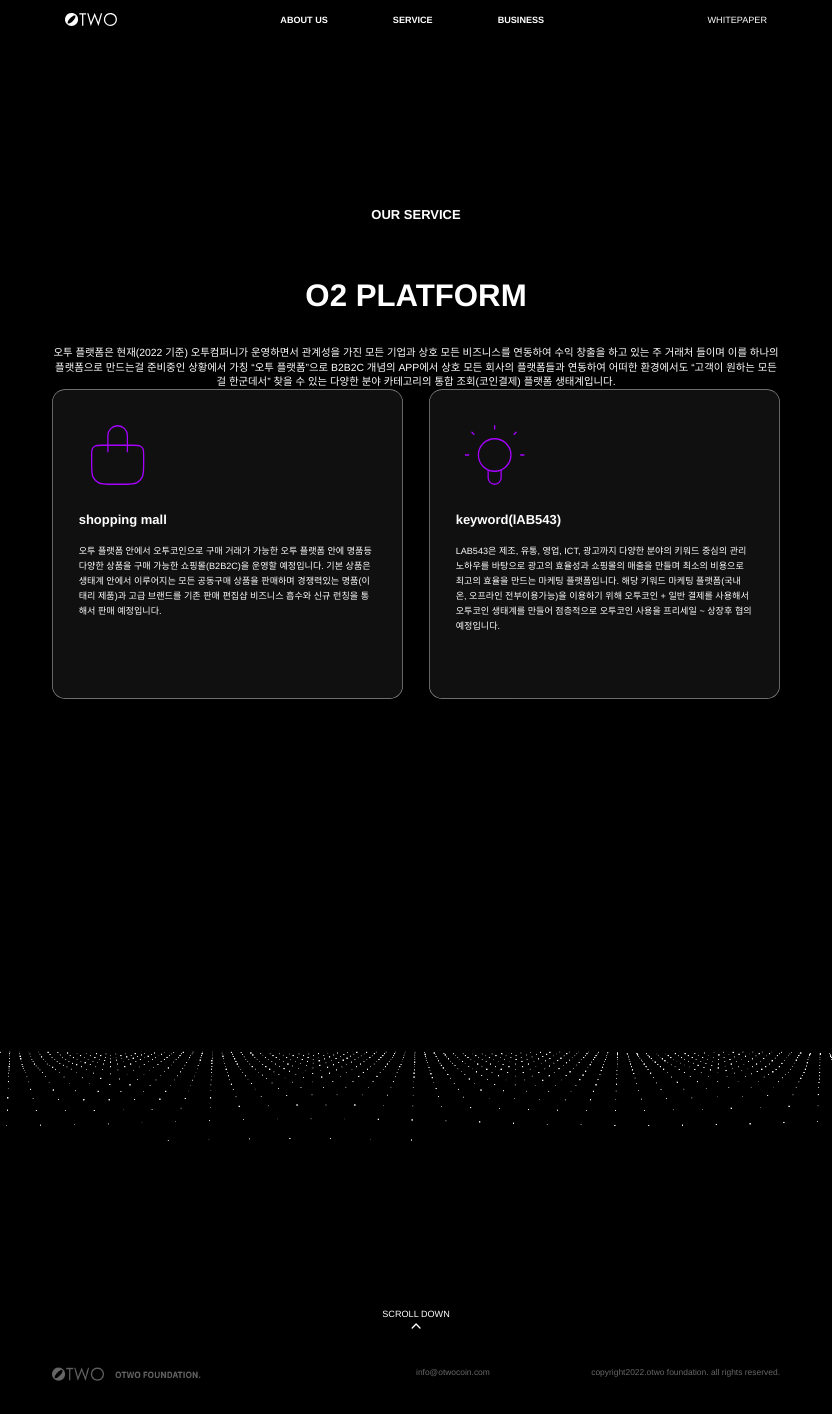
Repository: songhun115/Otwo
Page: service.html
An editor plug-in stored every save of this project. The page is shown before and after the next save, followed by the edit.
The browser window is 1280 px wide. The pictures show the whole page, at 65% of full size.

Above is the page before, as saved 2022-11-18 11:37:16.
Not found: js/three.js

### service.html
<!DOCTYPE html>
<html lang="en">

<head>
    <meta charset="UTF-8">
    <meta http-equiv="X-UA-Compatible" content="IE=edge">
    <meta name="viewport" content="width=device-width, initial-scale=1.0">
    <link rel="stylesheet" href="css/reset.css">
    <link rel="stylesheet" href="css/content.css">
    <link rel="preconnect" href="https://fonts.googleapis.com">
    <link rel="preconnect" href="https://fonts.gstatic.com" crossorigin>
    <link href="https://fonts.googleapis.com/css2?family=Noto+Sans+KR:wght@300;400;500;700;900&display=swap"
        rel="stylesheet">
    <link rel="stylesheet" href="https://cdn.jsdelivr.net/npm/swiper/swiper-bundle.min.css" />
    <script src="https://cdnjs.cloudflare.com/ajax/libs/jquery/3.6.1/jquery.min.js"
        integrity="sha512-aVKKRRi/Q/YV+4mjoKBsE4x3H+BkegoM/em46NNlCqNTmUYADjBbeNefNxYV7giUp0VxICtqdrbqU7iVaeZNXA=="
        crossorigin="anonymous" referrerpolicy="no-referrer"></script>
    <script src="js/index.js"></script>
    <script src="js/three.js"></script>
    <script src="js/three.min.js"></script>
    <title>about</title>
</head>

<body>
    <div class="contaeiner">
        <header class="header">
            <nav class="nav-bar">
                <div class="logo">
                    <img src="img/logo-white.svg" alt="">
                </div>
                <ul class="nav-list">
                    <li class="nav-item">ABOUT US</li>
                    <li class="nav-item">SERVICE</li>
                    <li class="nav-item">BUSINESS</li>
                </ul>
                <div class="white-paper">
                    WHITEPAPER
                </div>
            </nav>
        </header>
        <section class="section overview">
            <h3>OUR SERVICE</h3>
            <h1>O2 PLATFORM</h1>
            <p>오투 플랫폼은 현재(2022 기준) 오투컴퍼니가 운영하면서 관계성을 가진 모든 기업과 상호 모든 비즈니스를 연동하여 수익 창출을 하고 있는
                주 거래처 들이며 이를 하나의 플랫폼으로 만드는걸 준비중인 상황에서 가칭 “오투 플랫폼”으로 B2B2C 개념의 APP에서 상호 모든 회사의 플랫폼들과 연동하여 어떠한 환경에서도 “고객이 원하는 모든걸 한군데서” 찾을 수 있는 다양한 분야 카테고리의 통합 조회(코인결제) 플랫폼 생태계입니다.</p>

        </section>
     <section class="service-platform-list">
        <ul class="platform-list">
            <li class="platform-item">
                <div class="platform-img">
                    <img src="img/shoping.svg" alt="">
                </div>
                <div class="platform-category">shopping mall</div>
                <div class="platform-con">오투 플랫폼 안에서 오투코인으로 구매 거래가 가능한 오투 플랫폼 안에 명품등 다양한 상품을 구매 가능한 쇼핑몰(B2B2C)을 운영할 예정입니다.
                    기본 상품은 생태계 안에서 이루어지는 모든 공동구매 상품을 판매하며 경쟁력있는 명품(이태리 제품)과 고급 브랜드를 기존 판매 편집샵 비즈니스 흡수와 신규 런칭을 통해서 판매 예정입니다. </div>
            </li>
            <li class="platform-item">
                <div class="platform-img">
                    <img src="img/keywrod.svg" alt="">
                </div>
                <div class="platform-category">keyword(lAB543)</div>
                <div class="platform-con">LAB543은 제조, 유통, 영업, ICT, 광고까지 다양한 분야의 키워드 중심의 관리 노하우를 바탕으로 광고의 효율성과 쇼핑몰의 매출을 만들며 최소의 비용으로 최고의 효율을 만드는 마케팅 플랫폼입니다.
                    해당 키워드 마케팅 플랫폼(국내 온, 오프라인 전부이용가능)을 이용하기 위해 오투코인 + 일반 결제를 사용해서 오투코인 생태계를 만들어 점층적으로 오투코인 사용을 프리세일 ~ 상장후 협의 예정입니다. </div>
            </li>
        </ul>
     </section>

    </div>


    <div class="contaeiner-two">


        </div>
        <div id="canvas">
            <div class="scroll-up ">
                <p>SCROLL DOWN</p>
                <img src="img/chevron-up.svg" alt="">
            </div>

        </div>
        <script>
            window.addEventListener("DOMContentLoaded", () => {
            const w = window.innerWidth;
            const h = window.innerHeight / 2;
            const dpr = window.devicePixelRatio;

            const fov = 60;
            const fovRad = (fov / 2) * (Math.PI / 180);
            const dist = h / 2 / Math.tan(fovRad);

            const clock = new THREE.Clock();
            const particles = 5000;
            const pointSize = 2.5;

            const renderer = new THREE.WebGLRenderer();
            renderer.setSize(w, h);
            renderer.setClearColor(new THREE.Color(0x000000), 1.0);
            renderer.setPixelRatio(dpr);

            const container = document.getElementById("canvas");
            container.appendChild(renderer.domElement);

            const camera = new THREE.PerspectiveCamera(fov, w / h, 1, dist * 2);
            camera.position.x = 0;
            camera.position.y = 0;
            camera.position.z = 10;

            const scene = new THREE.Scene();

            const geo = new THREE.BufferGeometry();
            let positions = [];
            let x, y, z;

            const width = 400 * (w / h);

            const depth = 400;
            const distance = 10;

            for (let x = 0; x < width; x += distance) {
              for (let z = 0; z < depth; z += distance) {
                positions.push(-width / 2 + x, -30, -depth / 2 + z);
              }
            }
            let positionAttribute = new THREE.Float32BufferAttribute(positions, 3);
            geo.addAttribute("position", positionAttribute);

            const mat = new THREE.ShaderMaterial({
              uniforms: {
                u_time: {
                  value: 0.0
                }
              },
              vertexShader: `
              #define M_PI 3.1415926535897932384626433832795

              precision mediump float;
              uniform float u_time;
              void main() {
                vec3 p = position;
                p.y += (
                  cos(p.x / M_PI * 8.0 + u_time * 2.0) +
                  sin(p.z / M_PI * 8.0 + u_time * 2.0)
                );
                gl_PointSize = 1.5;
                gl_Position = projectionMatrix * modelViewMatrix * vec4(p, 1.0);
              }
              `,
              fragmentShader: `
              precision mediump float;
              void main() {
                gl_FragColor = vec4(1.0, 1.0, 1.0, 1.0);
              }
              `
            });

            const mesh = new THREE.Points(geo, mat);
            scene.add(mesh);

            render();

            function render() {
              const time = clock.getElapsedTime();
              mesh.material.uniforms.u_time.value = time;
              renderer.render(scene, camera);
              requestAnimationFrame(render);
            }
          });
          </script>
          <footer class="footer">
            <div class="footer-left">
                <img src="img/footer-left.png" alt="">
            </div>
            <div class="footer-right">
                <p>info@otwocoin.com</p>
                <p>copyright2022.otwo foundation. all rights reserved.</p>
            </div>
        </footer>
</body>

</html>

### css/reset.css
html, body, div, span, applet, object, iframe,
h1, h2, h3, h4, h5, h6, p, blockquote, pre,
a, abbr, acronym, address, big, cite, code,
del, dfn, em, img, ins, kbd, q, s, samp,
small, strike, strong, sub, sup, tt, var,
b, u, i, center,
dl, dt, dd, ol, ul, li,
fieldset, form, label, legend,
table, caption, tbody, tfoot, thead, tr, th, td,
article, aside, canvas, details, embed,
figure, figcaption, footer, header, hgroup,
menu, nav, output, ruby, section, summary,
time, mark, audio, video {
	margin: 0;
	padding: 0;
	border: 0;
	font-size: 100%;
	font: inherit;
	vertical-align: baseline;

}
/* HTML5 display-role reset for older browsers */
article, aside, details, figcaption, figure,
footer, header, hgroup, menu, nav, section {
	display: block;
}
body {
	line-height: 1;
  overflow-x: hidden;
  overflow-y: scroll;
}
ol, ul {
	list-style: none;
}
blockquote, q {
	quotes: none;
}
blockquote:before, blockquote:after,
q:before, q:after {
	content: '';
	content: none;
}
table {
	border-collapse: collapse;
	border-spacing: 0;
}
a,span{display: inline-block;}
body{font-family: 'Noto Sans KR', sans-serif; color: #fff;}
section h1 {font-size: 48px; line-height: 70px; color:#fff; font-weight: 700;}
section p {line-height: 23px; font-weight: 400; font-size: 16px;}
h2{font-size: 32px; font-weight: 700; line-height: 46px;}


html,
body {
  position: relative;
  height: 100%;
}

body {
  background: #eee;
  font-family: Helvetica Neue, Helvetica, Arial, sans-serif;
  font-size: 14px;
  color: #000;
  margin: 0;
  padding: 0;
}

.swiper {
  width: 100%;
  height: 100%;
}

.swiper-slide {
  text-align: center;
  font-size: 18px;


  /* Center slide text vertically */
  display: -webkit-box;
  display: -ms-flexbox;
  display: -webkit-flex;
  display: flex;
  -webkit-box-pack: center;
  -ms-flex-pack: center;
  -webkit-justify-content: center;
  justify-content: center;
  -webkit-box-align: center;
  -ms-flex-align: center;
  -webkit-align-items: center;
  align-items: center;
}

.swiper-slide img {
  display: block;
  width: 100%;
  height: 100%;
  object-fit: cover;
}
.service-swiper{ overflow: inherit !important; max-width: 1120px !important;}

### css/content.css
.intro{height: 100vh;}
canvas{    position: absolute; left: 0; top: 0; z-index: -1;}
.contaeiner{max-width: 1120px; margin: 0 auto;}
.contaeiner-two{max-width: 1120px; margin: 0 auto;}
body{background-color: #000; color: #fff;}
/*! 헤더  */
.header{position: absolute; left: 50%; top: 0; transform: translateX(-50%); width: 100%; max-width: 1120px; margin: 0 auto;  z-index: 11;}
.nav-bar{display: flex; justify-content: space-between; align-items: center; padding: 20px;}
.nav-list{display: flex; align-items: center;}
.nav-item{padding:0 50px; font-weight: 700;font-size: 14px;line-height: 20px; cursor: pointer;}
/*!메인페이지   */
.intro{position: relative;}
.intro-box{display: flex; flex-direction: column; align-items: center; justify-content: center; text-align: center; width: 100%;height: 100%;}
.pur-button{border: 1px solid #A600FF;border-radius: 50px; display: flex;flex-direction: row;justify-content: center;align-items: center;gap: 10px; transition: 0.3s; width: 216px;height: 45px; cursor: pointer;}
.pur-button:hover{background-color: #A600FF; }
.pur-button:hover > button{color:#D9D9D9;}
.intro-box > p{padding: 40px 0 80px 0;}
.pur-button button{border: none;outline: none; color:#A600FF; background-color: transparent; font-weight: 700; font-size: 17px; line-height: 25px;}
.scroll-down{position: absolute; bottom: 50px; left: 50%; transform: translateX(-50%);}
.scroll-down > p {font-weight: 300; padding-bottom:7px; color: #fff; color: pu;}


/*! 메인 service */
.service{padding-top: 320px;}
.service-content{display: flex; justify-content: space-between; align-items: center;}
.service-left.service-right{width: 50%;}
.service-left > p,.business-box-left p{padding-top: 40px; font-size: 16px;}
.service-category-box{display: flex; flex-direction: column; justify-content: start; align-items: flex-start; text-align: left; padding-right: 40px; box-sizing: border-box;}
.service-category-box > h4 {font-size: 20px; line-height: 29px; font-weight: 400; margin:40px 0 20px 0;}
.service-category-box > p {font-size: 16px;}

.service-swiper{padding:120px 0 100px 0!important; box-sizing: border-box !important;}
.swiper-button-prev,
.swiper-button-next{top: 90% !important;  }
.swiper-button-prev{left:0 !important;}
.swiper-button-next{left: 64px !important;}
.swiper-button-next:after, .swiper-button-prev:after{content: "" !important;font-family: none !important;width: 20px !important;height: 20px !important;}
.swiper-button-next:after{background-image: url("../img/chevron-right.svg") !important;}
.swiper-button-prev:after{background-image: url("../img/chevron-left.svg") !important;}


  /*!메인 Business */
  .business{padding-top: 370px;}
  .business-box{display: flex; justify-content: space-between; align-items: center;}
  .business-box-left .pur-button{margin-top: 80px;}
  .business-box-left{width: 58%;}
  business-box-right{width: 42%;}
  .scroll-up{position: absolute;bottom: 0;left: 50%;transform: translateX(-50%);text-align: center;}
  #canvas{position: relative; height: 100%; max-height: 659px;}
  /* #canvas canvas{ height: 1000px !important;} */
  /* #canvas canvas{height: 1000px;} */
  /*! 푸터   */
  .footer{max-width: 1120px; margin: 0 auto; display: flex; justify-content: space-between; padding: 50px 0;}
  footer-left,
  .footer-right{width: 50%;}
  .footer-right{display: flex; justify-content: space-between; opacity: 0.4; font-size: 13px; line-height: 13px;}



  /*! 어바웃 */
  .canvas-one-wrap{position: relative; max-height: 659px; height: 100%;}
  .canvas-one{ top: 50%;left: 50%; transform: translate(-50%, -50%); margin-top: 100px; background-image: url(../img/logo-purple.png);background-repeat: no-repeat;background-position: center}
  .contaeiner-two{padding-top: 320px;}
  .overview{padding-top: 320px; text-align: center; }
  .overview > h3{font-weight: 700; font-size: 20px;}
  .our-values{text-align: center;}
  .our-values > h1{margin:80px 0 40px 0;}
  .overview > h1{margin:80px 0 40px 0}
  .our-values-list{display: flex; justify-content: space-between; padding-top: 120px;}
  .our-values-item{text-align: left;}
  .our-values-category {margin:20px 0 32px 0; font-size: 24px; font-weight: 600;}

  .advisor{padding-top: 480px;}
  .advisor > h2{margin: 80px 0 120px 0;}
  .member-info {padding:40px 40px 60px 40px; box-sizing: border-box;}
  .advisor-member-list{    display: grid;grid-template-columns: repeat(3,1fr);gap: 40px}
  .advisor-member-item{background: #252525; border-radius: 20px; }
  .member-name{font-size: 20px; font-weight: 700;}
  .member-info > div{display: flex; align-items: center; justify-content: space-between; margin-top: 5px;}
  .member-photo img{ width: 100%;}
  .more-button{    max-width: 216px;margin: 120px auto;}
  .advisor-member-item-more{display: none;}
  .advisor-member-item-more.show{display: block;}

  /*!서비스  */
  .platform-list{ display: grid;grid-template-columns: repeat(2,1fr);gap: 40px}
  .platform-item{ background: #101010; border: 0.5px solid rgba(235, 235, 235, 0.6); border-radius: 20px; padding:40px 40px 100px 40px}
  .platform-con{line-height: 23px;}
  .platform-category{font-size: 20px; font-weight: 700; margin:27px 0;}

### js/index.js
$(document).ready(function () {
    $('.more-button').click(function () {
        $('.advisor-member-item-more').addClass('show');
    });
});

### img/shoping.svg
<svg width="120" height="120" viewBox="0 0 120 120" fill="none" xmlns="http://www.w3.org/2000/svg">
<path d="M45 55V30C45 21.7157 51.7157 15 60 15C68.2843 15 75 21.7157 75 30V54.8363M52 105H68C79.2011 105 84.8016 105 89.0798 102.82C92.8431 100.903 95.9027 97.8431 97.8201 94.0798C100 89.8016 100 84.2011 100 73V61C100 55.3995 100 52.5992 98.9101 50.4601C97.9513 48.5785 96.4215 47.0487 94.5399 46.0899C92.4008 45 89.6005 45 84 45H36C30.3995 45 27.5992 45 25.4601 46.0899C23.5785 47.0487 22.0487 48.5785 21.0899 50.4601C20 52.5992 20 55.3995 20 61V73C20 84.201 20 89.8016 22.1799 94.0798C24.0973 97.8431 27.1569 100.903 30.9202 102.82C35.1984 105 40.7989 105 52 105Z" stroke="#A600FF" stroke-width="2" stroke-linecap="round" stroke-linejoin="round"/>
</svg>

Loaded but not shown: js/three.min.js (library)

After the next save:
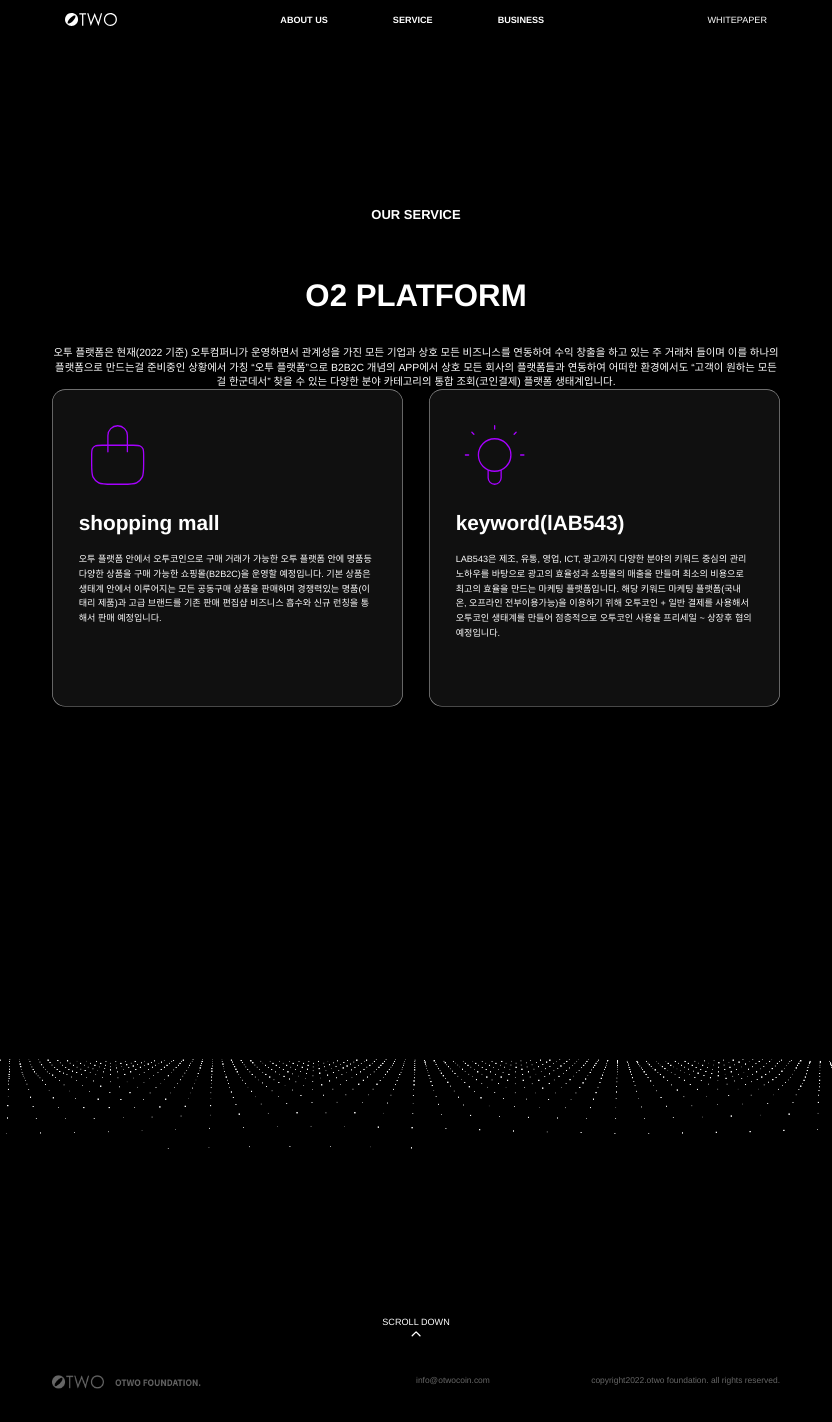
Saved 14 s later.
--- a/css/content.css
+++ b/css/content.css
@@ -86,4 +86,4 @@
   .platform-list{ display: grid;grid-template-columns: repeat(2,1fr);gap: 40px}
   .platform-item{ background: #101010; border: 0.5px solid rgba(235, 235, 235, 0.6); border-radius: 20px; padding:40px 40px 100px 40px}
   .platform-con{line-height: 23px;}
-  .platform-category{font-size: 20px; font-weight: 700; margin:27px 0;}
+  .platform-category{font-size: 32px; font-weight: 700; margin:27px 0;}
